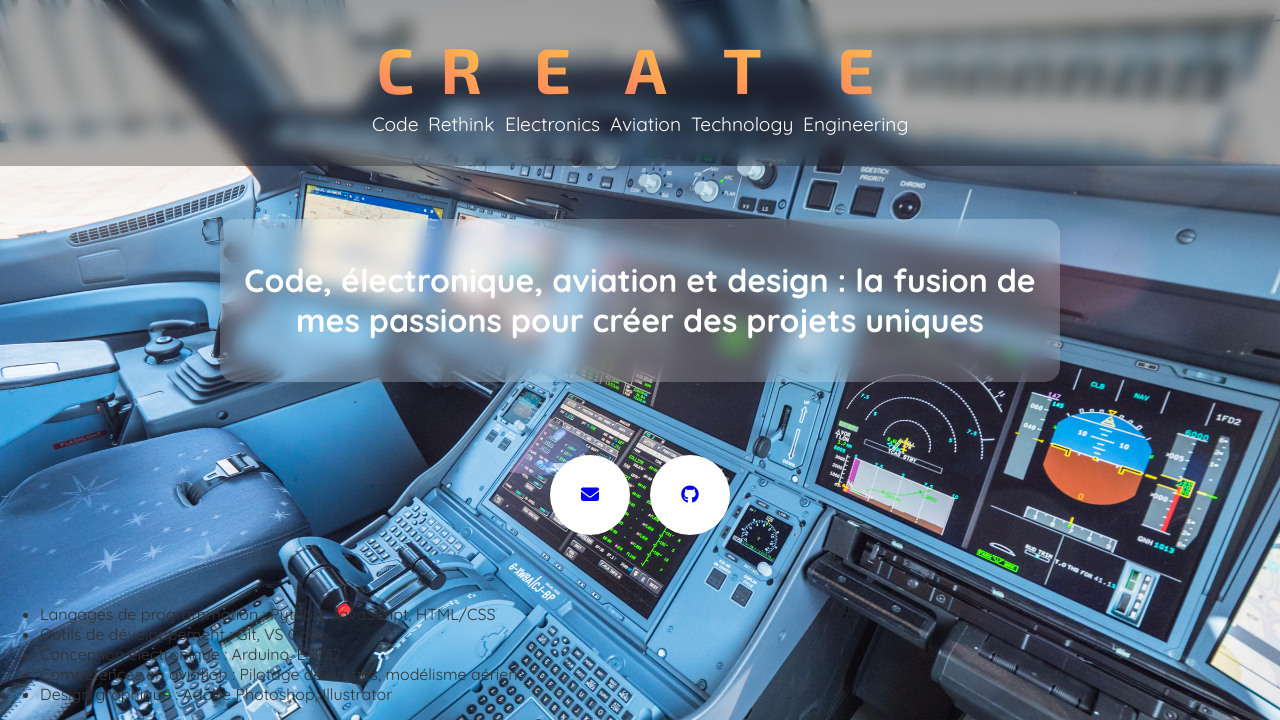
Repository: nlagardere/myportfolio
Page: index.html
These files come from the project's save history. The page is drawn as it stood at one moment and after a run of saves; the edit follows.
The browser window is 1280 px wide. The pictures show the whole page.

Above is the page before, as saved 2025-09-06 10:05:29.

After the next 2 saves:
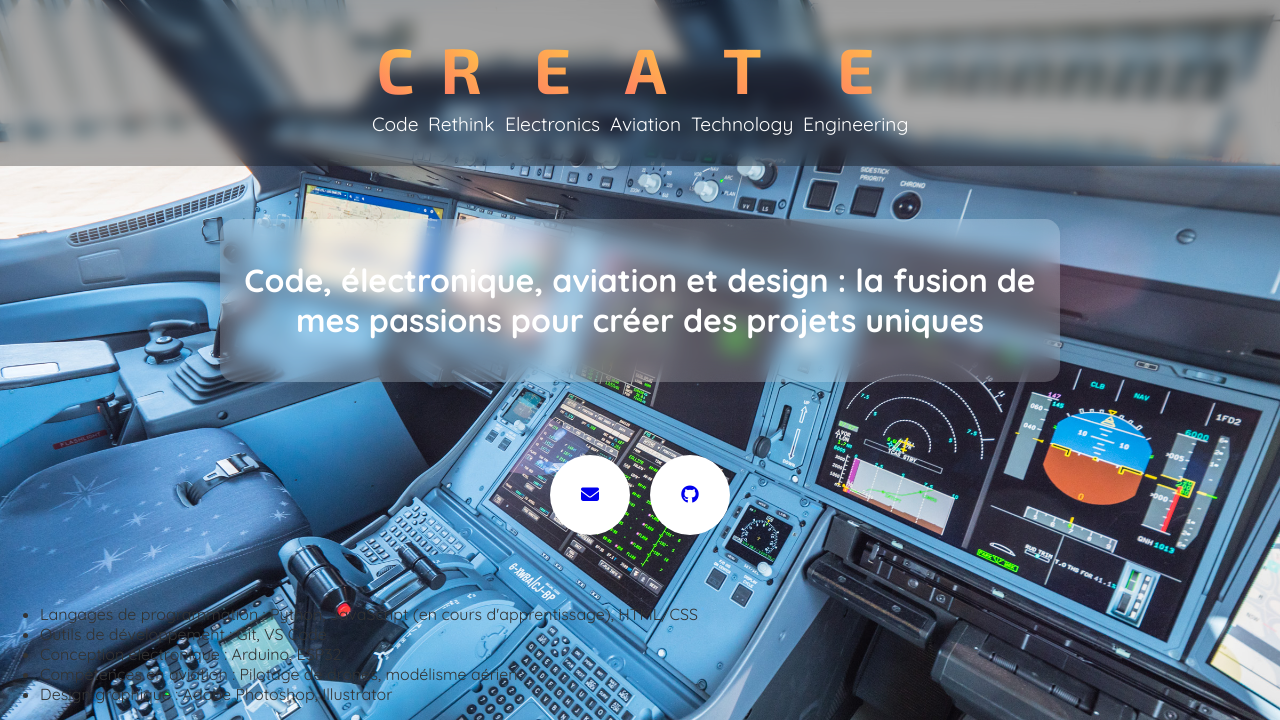
The 2 saves are shown as one change because they came seconds apart.
The last was saved 12 s later.
--- a/index.html
+++ b/index.html
@@ -233,10 +233,9 @@
 
   <div class="compétences">
     <ul>
-      <li>Langages de programmation : Python, JavaScript, HTML/CSS</li>
+      <li>Langages de programmation : Python, JavaScript (en cours d'apprentissage), HTML/CSS</li>
       <li>Outils de développement : Git, VS Code</li>
       <li>Conception électronique : Arduino, ESP32</li>
-
       <li>Compétences en aviation : Pilotage de drones, modélisme aérien</li>
       <li>Design graphique : Adobe Photoshop, Illustrator</li>
     </ul>
